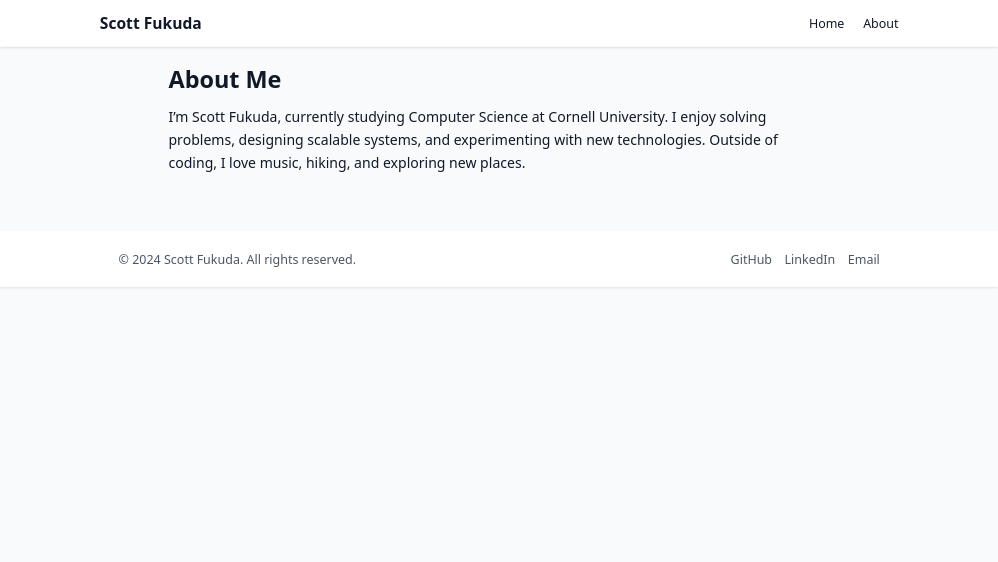
Repository: Scott-Fukuda/personalWebsite
Page: /about
An editor plug-in stored every save of this project. The page is shown before and after the next save, followed by the edit.
The browser window is 1280 px wide. The pictures show the whole page, at 78% of full size.
The project was rebuilt for these pictures with package versions that can differ from the ones it lists, and the page was loaded fresh each time. Some packages were replaced by stand-ins written for this rebuild. Also part of the build but not shown: vite.config.js, src/data/experiences.js, src/pages/Home.jsx.

Above is the page before, as saved 2025-08-27 17:17:38.

After the next save:
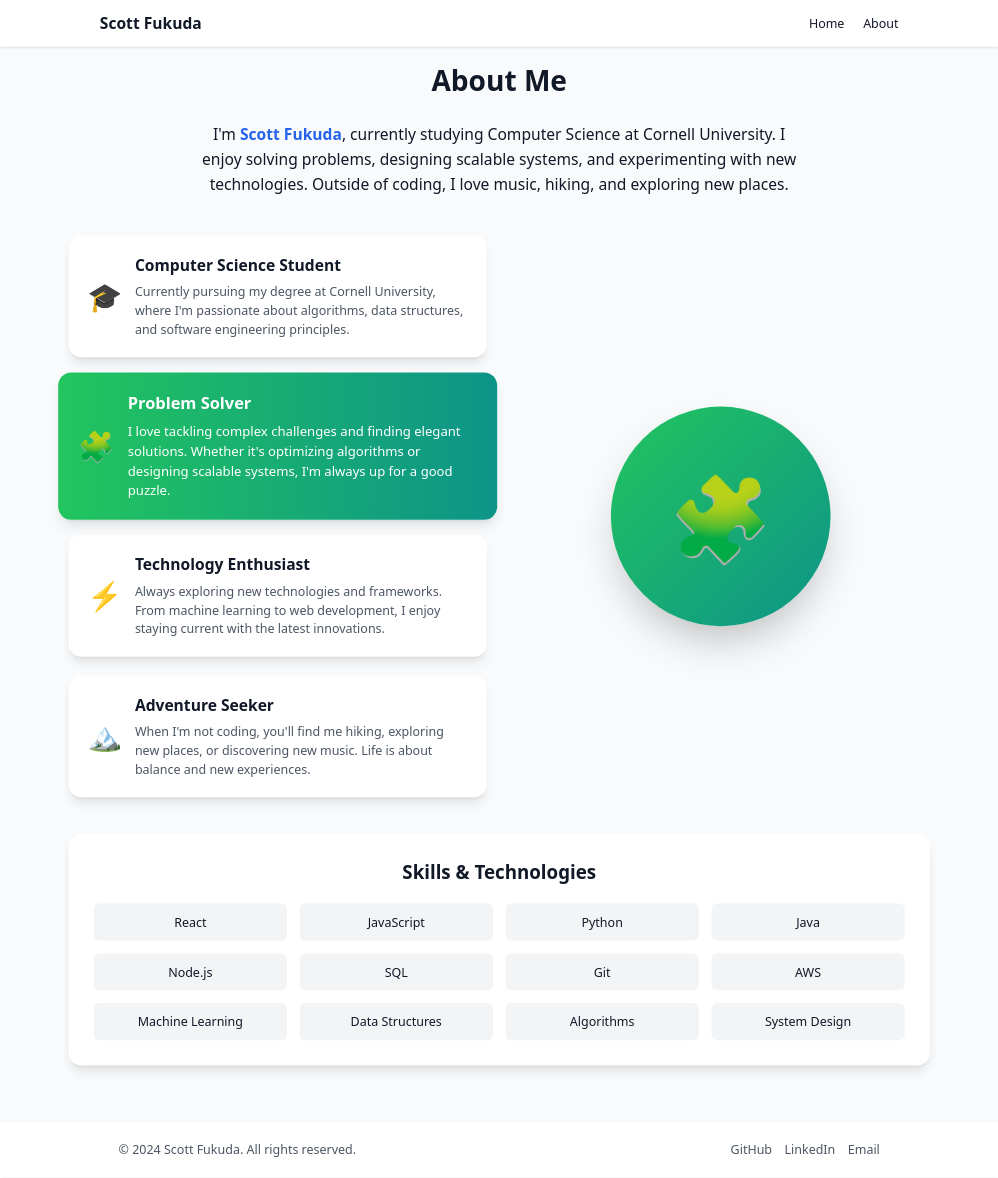
Saved 25 s later.
--- a/src/pages/About.jsx
+++ b/src/pages/About.jsx
@@ -1,12 +1,142 @@
+import { useState, useEffect } from "react";
+
 export default function About() {
+  const [activeSection, setActiveSection] = useState(0);
+  const [isVisible, setIsVisible] = useState(false);
+
+  useEffect(() => {
+    setIsVisible(true);
+    const interval = setInterval(() => {
+      setActiveSection((prev) => (prev + 1) % 4);
+    }, 4000);
+    return () => clearInterval(interval);
+  }, []);
+
+  const sections = [
+    {
+      title: "Computer Science Student",
+      description: "Currently pursuing my degree at Cornell University, where I'm passionate about algorithms, data structures, and software engineering principles.",
+      image: "🎓",
+      color: "from-blue-500 to-purple-600"
+    },
+    {
+      title: "Problem Solver",
+      description: "I love tackling complex challenges and finding elegant solutions. Whether it's optimizing algorithms or designing scalable systems, I'm always up for a good puzzle.",
+      image: "🧩",
+      color: "from-green-500 to-teal-600"
+    },
+    {
+      title: "Technology Enthusiast",
+      description: "Always exploring new technologies and frameworks. From machine learning to web development, I enjoy staying current with the latest innovations.",
+      image: "⚡",
+      color: "from-yellow-500 to-orange-600"
+    },
+    {
+      title: "Adventure Seeker",
+      description: "When I'm not coding, you'll find me hiking, exploring new places, or discovering new music. Life is about balance and new experiences.",
+      image: "🏔️",
+      color: "from-red-500 to-pink-600"
+    }
+  ];
+
   return (
-    <div className="max-w-4xl mx-auto p-6">
-      <h1 className="text-3xl font-bold mb-4">About Me</h1>
-      <p className="text-lg leading-relaxed">
-        I’m Scott Fukuda, currently studying Computer Science at Cornell University.
-        I enjoy solving problems, designing scalable systems, and experimenting with new technologies.
-        Outside of coding, I love music, hiking, and exploring new places.
-      </p>
+    <div className="max-w-6xl mx-auto p-6">
+      <div className={`transition-opacity duration-1000 ${isVisible ? 'opacity-100' : 'opacity-0'}`}>
+        <h1 className="text-4xl font-bold mb-8 text-center">About Me</h1>
+
+        {/* Main introduction */}
+        <div className="text-center mb-12">
+          <p className="text-xl leading-relaxed max-w-3xl mx-auto">
+            I'm <span className="font-semibold text-blue-600 dark:text-blue-400">Scott Fukuda</span>,
+            currently studying Computer Science at Cornell University. I enjoy solving problems,
+            designing scalable systems, and experimenting with new technologies.
+            Outside of coding, I love music, hiking, and exploring new places.
+          </p>
+        </div>
+
+        {/* Animated sections */}
+        <div className="grid md:grid-cols-2 gap-8 mb-12">
+          {/* Left side - Animated content */}
+          <div className="space-y-6">
+            {sections.map((section, index) => (
+              <div
+                key={index}
+                className={`p-6 rounded-2xl shadow-lg transition-all duration-500 transform ${
+                  activeSection === index
+                    ? 'scale-105 bg-gradient-to-r ' + section.color + ' text-white'
+                    : 'bg-white dark:bg-gray-800 hover:scale-102'
+                }`}
+                onClick={() => setActiveSection(index)}
+                style={{ cursor: 'pointer' }}
+              >
+                <div className="flex items-center space-x-4">
+                  <div className="text-4xl">{section.image}</div>
+                  <div>
+                    <h3 className={`text-xl font-semibold ${
+                      activeSection === index ? 'text-white' : 'text-gray-900 dark:text-white'
+                    }`}>
+                      {section.title}
+                    </h3>
+                    <p className={`mt-2 ${
+                      activeSection === index ? 'text-white' : 'text-gray-600 dark:text-gray-300'
+                    }`}>
+                      {section.description}
+                    </p>
+                  </div>
+                </div>
+              </div>
+            ))}
+          </div>
+
+          {/* Right side - Large animated display */}
+          <div className="flex items-center justify-center">
+            <div className={`w-64 h-64 rounded-full flex items-center justify-center text-8xl transition-all duration-700 transform ${
+              activeSection === 0 ? 'bg-gradient-to-br from-blue-500 to-purple-600 scale-110' :
+              activeSection === 1 ? 'bg-gradient-to-br from-green-500 to-teal-600 scale-110' :
+              activeSection === 2 ? 'bg-gradient-to-br from-yellow-500 to-orange-600 scale-110' :
+              'bg-gradient-to-br from-red-500 to-pink-600 scale-110'
+            } shadow-2xl`}>
+              {sections[activeSection].image}
+            </div>
+          </div>
+        </div>
+
+        {/* Skills section */}
+        <div className="bg-white dark:bg-gray-800 rounded-2xl shadow-lg p-8">
+          <h2 className="text-2xl font-bold mb-6 text-center">Skills & Technologies</h2>
+          <div className="grid grid-cols-2 md:grid-cols-4 gap-4">
+            {[
+              "React", "JavaScript", "Python", "Java",
+              "Node.js", "SQL", "Git", "AWS",
+              "Machine Learning", "Data Structures", "Algorithms", "System Design"
+            ].map((skill, index) => (
+              <div
+                key={skill}
+                className="bg-gray-100 dark:bg-gray-700 rounded-lg p-3 text-center hover:bg-blue-100 dark:hover:bg-blue-900 transition-colors duration-300"
+                style={{
+                  animationDelay: `${index * 100}ms`,
+                  animation: 'fadeInUp 0.6s ease-out forwards'
+                }}
+              >
+                {skill}
+              </div>
+            ))}
+          </div>
+        </div>
+      </div>
+
+      <style jsx>{`
+        @keyframes fadeInUp {
+          from {
+            opacity: 0;
+            transform: translateY(20px);
+          }
+          to {
+            opacity: 1;
+            transform: translateY(0);
+          }
+        }
+      `}</style>
     </div>
   );
 }
